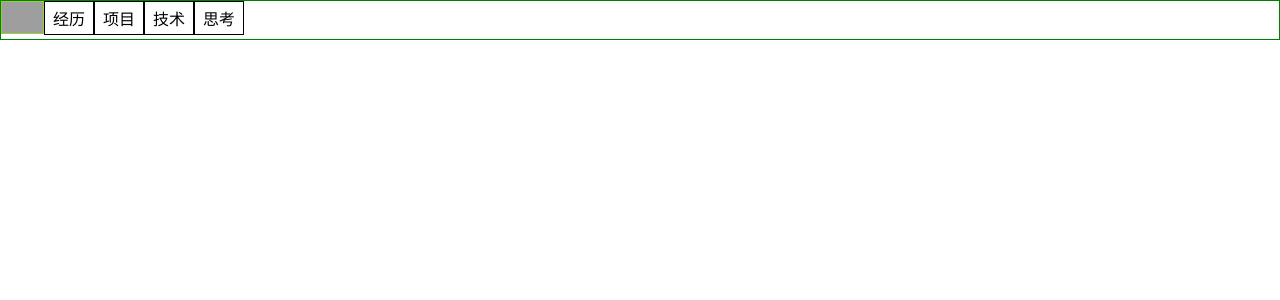
Repository: Lixianlai-2/Css-practice
Page: index.html
The author's editor kept a copy of each file at every save. The page is drawn from the files as they stood at one save, then again after the next save.
The browser window is 1280 px wide. The pictures show the whole page.
Pictures or frames that could not be fetched are drawn as grey boxes.

Above is the page before, as saved 2021-12-03 09:40:49.

### index.html
<!DOCTYPE html>
<html>
  <head>
    <meta charset="utf-8" />
    <link rel="stylesheet" href="style.css" />
    <title>float浮动</title>
  </head>

  <body>
    <header class="clearfix">
      <div class="logo">
        <img
          src="https://avatars.githubusercontent.com/u/23273345?v=4"
          alt="头像"
        />
      </div>
      <ul class="clearfix">
        <li>经历</li>
        <li>项目</li>
        <li>技术</li>
        <li>思考</li>
      </ul>
    </header>
  </body>
</html>

### style.css
* {
  margin: 0;
  padding: 0;
  box-sizing: border-box;
}
.clearfix::after {
  content: "";
  display: block;
  clear: both;
}
header {
  border: 1px solid green;
}
ul,
ol {
  list-style: none;
}
ul > li {
  border: 1px solid black;
  float: left;
  padding: 4px 0.5em;
}
ul {
  display: inline-block;
}
.logo {
  display: inline-block;
  border: 1px solid yellowgreen;
  float: left;
}
.logo > img {
  height: 30.8px;
  vertical-align: top;
}

After the next save:
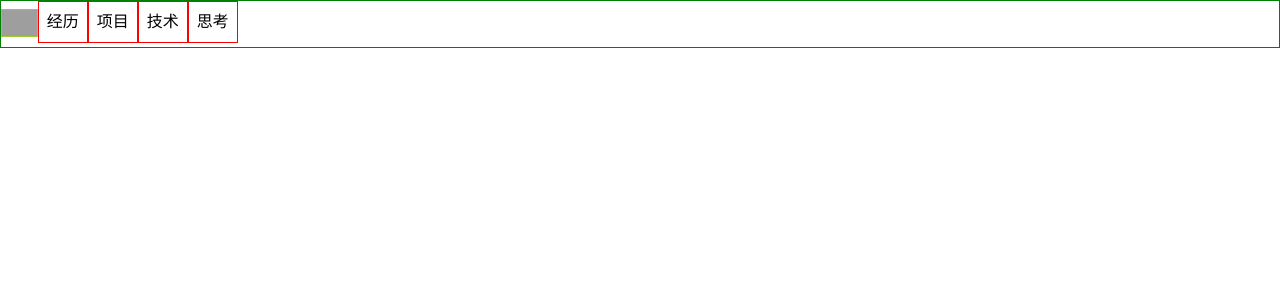
Saved 15 min 0 s later.
--- a/style.css
+++ b/style.css
@@ -3,11 +3,17 @@
   padding: 0;
   box-sizing: border-box;
 }
+
+img {
+  max-width: 100%;
+}
+
 .clearfix::after {
   content: "";
   display: block;
   clear: both;
 }
+
 header {
   border: 1px solid green;
 }
@@ -15,20 +21,25 @@ ul,
 ol {
   list-style: none;
 }
+
+.logo {
+  display: inline-block;
+  border: 1px solid yellowgreen;
+  float: left;
+  margin-top: 8px;
+}
+.logo > img {
+  height: 26px;
+  vertical-align: middle;
+}
+
 ul > li {
-  border: 1px solid black;
+  border: 1px solid red;
+
   float: left;
   padding: 4px 0.5em;
+  line-height: 32px;
 }
 ul {
   display: inline-block;
 }
-.logo {
-  display: inline-block;
-  border: 1px solid yellowgreen;
-  float: left;
-}
-.logo > img {
-  height: 30.8px;
-  vertical-align: top;
-}
